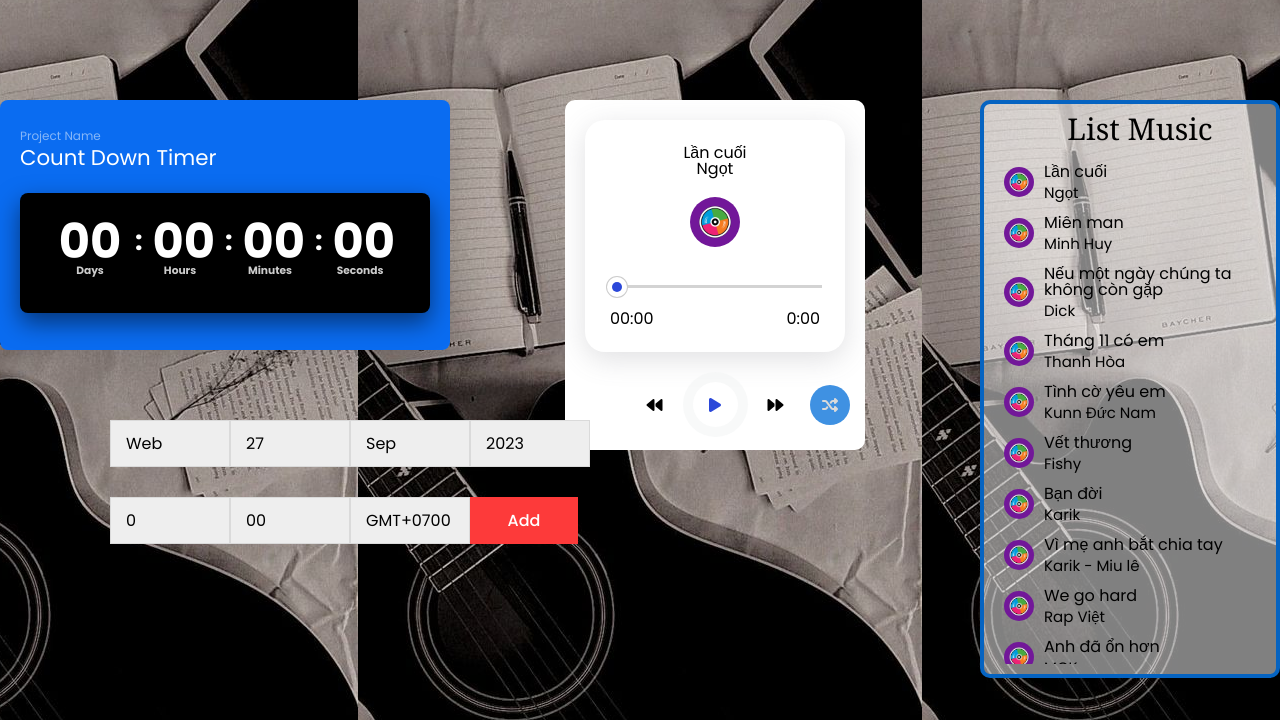
Repository: thuanpham00/CountDownTimer
Page: index.html
The author's editor kept a copy of each file at every save. The page is drawn from the files as they stood at one save, then again after the next save.
The browser window is 1280 px wide. The pictures show the whole page.
Some web libraries are served in a nearby version. The style sheet was rebuilt from its Sass, Less or Tailwind sources for each picture, by a compiler version that may differ from the author's.

Above is the page before, as saved 2023-10-12 22:38:39.

### index.html
<!DOCTYPE html>
<html lang="en">
    <head>
        <meta charset="UTF-8" />
        <meta name="viewport" content="width=device-width, initial-scale=1.0" />
        <title>Count Down</title>
        <link rel="preconnect" href="https://fonts.googleapis.com" />
        <link rel="preconnect" href="https://fonts.gstatic.com" crossorigin />
        <link
            href="https://fonts.googleapis.com/css2?family=Roboto:wght@300;400;500;700;900&display=swap"
            rel="stylesheet"
        />
        <link rel="preconnect" href="https://fonts.googleapis.com" />
        <link rel="preconnect" href="https://fonts.gstatic.com" crossorigin />
        <link
            href="https://fonts.googleapis.com/css2?family=Poppins:wght@300;400;500;600;700;800&display=swap"
            rel="stylesheet"
        />
        <script src="https://kit.fontawesome.com/3115b3f4f1.js"></script>
        <link rel="stylesheet" href="./assets/css/main.css" />
        <link
            rel="apple-touch-icon"
            sizes="57x57"
            href="./assets/favicon/apple-icon-57x57.png"
        />
        <link
            rel="apple-touch-icon"
            sizes="60x60"
            href="./assets/favicon/apple-icon-60x60.png"
        />
        <link
            rel="apple-touch-icon"
            sizes="72x72"
            href="./assets/favicon/apple-icon-72x72.png"
        />
        <link
            rel="apple-touch-icon"
            sizes="76x76"
            href="./assets/favicon/apple-icon-76x76.png"
        />
        <link
            rel="apple-touch-icon"
            sizes="114x114"
            href="./assets/favicon/apple-icon-114x114.png"
        />
        <link
            rel="apple-touch-icon"
            sizes="120x120"
            href="./assets/favicon/apple-icon-120x120.png"
        />
        <link
            rel="apple-touch-icon"
            sizes="144x144"
            href="./assets/favicon/apple-icon-144x144.png"
        />
        <link
            rel="apple-touch-icon"
            sizes="152x152"
            href="./assets/favicon/apple-icon-152x152.png"
        />
        <link
            rel="apple-touch-icon"
            sizes="180x180"
            href="./assets/favicon/apple-icon-180x180.png"
        />
        <link
            rel="icon"
            type="image/png"
            sizes="192x192"
            href="./assets/favicon/android-icon-192x192.png"
        />
        <link
            rel="icon"
            type="image/png"
            sizes="32x32"
            href="./assets/favicon/favicon-32x32.png"
        />
        <link
            rel="icon"
            type="image/png"
            sizes="96x96"
            href="./assets/favicon/favicon-96x96.png"
        />
        <link
            rel="icon"
            type="image/png"
            sizes="16x16"
            href="./assets/favicon/favicon-16x16.png"
        />
        <link rel="manifest" href="./assets/favicon/manifest.json" />
        <meta name="msapplication-TileColor" content="#ffffff" />
        <meta
            name="msapplication-TileImage"
            content="./assets/favicon/ms-icon-144x144.png"
        />
        <meta name="theme-color" content="#ffffff" />
    </head>
    <body>
        <div class="timer">
            <div class="timer-wrapper">
                <div>
                    <label class="timer-title">Project Name</label>
                    <label class="timer-name">Count Down Timer</label>
                </div>
                <div class="counter">
                    <div class="days">
                        <div class="value" id="days">00</div>
                        <span>Days</span>
                    </div>

                    <div class="hours">
                        <div class="value" id="hours">00</div>
                        <span>Hours</span>
                    </div>

                    <div class="minutes">
                        <div class="value" id="minutes">00</div>
                        <span>Minutes</span>
                    </div>

                    <div class="seconds">
                        <div class="value" id="seconds">00</div>
                        <span>Seconds</span>
                    </div>
                </div>
            </div>
            <div class="player">
                <div class="player-box">
                    <div class="songs-container">
                        <h2></h2>
                        <p></p>
                        <img src="" alt="" class="img" />
                        <audio src="" controls id="song"></audio>
                    </div>
                    <div class="progress">
                        <input
                            type="range"
                            id="progress-bar"
                            min="0"
                            max=""
                            value="0"
                            class="bar"
                        />
                    </div>
                    <div class="player-number">
                        <span class="player-remaining">0:00</span>
                        <span class="player-duration">0:00</span>
                    </div>
                </div>
                <div class="player-row">
                    <div class="player-tool">
                        <i class="fa fa-backward player-prev"></i>
                        <i class="fa fa-play player-play"></i>
                        <i class="fa fa-forward player-next"></i>
                    </div>
                    <i class="fa-solid fa-shuffle random"></i>
                </div>
            </div>
            <div class="player-list">
                <h2 class="player-list__title">List Music</h2>
                <div class="player-list__wrapper"></div>
            </div>
        </div>
        <form class="form-timer">
            <input
                value="Web"
                type="text"
                name="day"
                placeholder="Thứ"
                class="dayInput"
            />
            <input
                type="text"
                name="date"
                placeholder="Ngày"
                value="27"
                class="dateInput"
            />
            <input
                type="text"
                name="month"
                placeholder="Tháng"
                value="Sep"
                class="monthInput"
            />
            <input
                type="number"
                name="year"
                placeholder="Năm"
                value="2023"
                class="yearInput"
            />
            <input
                type="number"
                name="hour"
                placeholder="Giờ"
                class="hourInput"
                value="0"
            />
            <input
                type="number"
                name="minute"
                placeholder="Phút"
                class="minuteInput"
                value="00"
            />
            <input
                type="text"
                name="GMT"
                value="GMT+0700 (Indochina Time)"
                class="hourInput"
            />
            <button class="todo__submit" type="submit">Add</button>
        </form>
        <script src="./assets/js/main.js"></script>
    </body>
</html>

### scss/main.scss
html,
body,
div,
span,
applet,
object,
iframe,
h1,
h2,
h3,
h4,
h5,
h6,
p,
blockquote,
pre,
a,
abbr,
acronym,
address,
big,
cite,
code,
del,
dfn,
em,
img,
ins,
kbd,
q,
s,
samp,
small,
strike,
strong,
sub,
sup,
tt,
var,
b,
u,
i,
center,
dl,
dt,
dd,
ol,
ul,
li,
fieldset,
form,
label,
legend,
table,
caption,
tbody,
tfoot,
thead,
tr,
th,
td,
article,
aside,
canvas,
details,
embed,
figure,
figcaption,
footer,
header,
hgroup,
menu,
nav,
output,
ruby,
section,
summary,
time,
mark,
audio,
video {
    margin: 0;
    padding: 0;
    border: 0;
    font-size: 100%;
    font: inherit;
    vertical-align: baseline;
}
/* HTML5 display-role reset for older browsers */
article,
aside,
details,
figcaption,
figure,
footer,
header,
hgroup,
menu,
nav,
section {
    display: block;
}
body {
    line-height: 1;
}
ol,
ul {
    list-style: none;
}
blockquote,
q {
    quotes: none;
}
blockquote:before,
blockquote:after,
q:before,
q:after {
    content: "";
    content: none;
}
table {
    border-collapse: collapse;
    border-spacing: 0;
}

*,
::after,
::before {
    box-sizing: border-box;
}

html {
    font-size: 62.5%;
}

body {
    font-size: 1.6rem;
    font-family: "Poppins", sans-serif;
}

input,
select,
textarea,
button {
    font-size: inherit;
    font-family: inherit;
}

@mixin screen($dev) {
    @if $dev == lg {
        @media (max-width: 991.98px) {
            @content;
        }
    }
    @if $dev == md {
        @media (max-width: 767.98px) {
            @content;
        }
    }
    @if $dev == sm {
        @media (max-width: 575.98px) {
            @content;
        }
    }
}

$container-color: #0a6cf1;
$container-padding: 30px 20px 10px 20px;

body {
    background: url("../img/background-4.jpg") repeat fixed center;
    user-select: none;
}

.timer {
    margin: 100px auto 0;
    max-width: 1320px;
    display: flex;
    justify-content: space-between;
    min-height: 400px;

    @include screen(lg) {
        flex-direction: column-reverse;
        row-gap: 20px;
    }

    @include screen(sm) {
        min-height: 200px;
    }

    &-wrapper {
        max-height: 250px;
        background-color: $container-color;
        padding: $container-padding;
        border-radius: 8px;
        color: #fff;
        min-width: 450px;
        box-shadow: 0 5px 50px rgba(0, 0, 0, 0.2);

        @include screen(sm) {
            min-width: 300px;
        }
    }

    label {
        display: block;
    }

    &-title {
        font-size: 9pt;
        opacity: 0.5;
    }

    &-name {
        font-size: 16pt;
        margin: 5px 0;
    }

    .counter {
        padding: 25px;
        margin: 25px 0 15px 0;
        background-color: #000;
        font-weight: 700;
        border-radius: 8px;
        box-shadow: 0 10px 25px rgba(0, 0, 0, 0.5);
        min-height: 120px;

        div {
            display: inline-block;
        }
        .days,
        .hours,
        .minutes,
        .seconds {
            width: 25%;
            float: left;
            text-align: center;
            .value {
                display: block;
                font-size: 36pt;
                width: 100%;
                display: block;

                @include screen(sm) {
                    font-size: 3rem;
                }
            }
            span {
                font-size: 8pt;
                opacity: 0.8;
                width: 100%;
                display: block;

                @include screen(sm) {
                    font-size: 1.2rem;
                }
            }
        }
        .hours::before,
        .minutes::before,
        .seconds::before {
            content: ":";
            float: left;
            font-size: 20pt;
            position: relative;
            margin-top: 10px;
            opacity: 0.7;
            animation: pink 1s ease-in-out infinite;

            @include screen(sm) {
                font-size: 1.5rem;
            }
        }
    }

    .player {
        height: 350px;
        width: 300px;
        background-color: white;
        padding: 20px;
        border-radius: 10px;

        @include screen(sm) {
            width: 300px;
            height: 350px;
        }
    }

    .player-list {
        max-width: 300px;
        background: rgba(255, 255, 255, 0.5);
        border-radius: 10px;
        padding: 10px 0 10px 20px;
        border: 4px solid rgb(5, 99, 193);

        &__title {
            text-align: center;
            font-family: Cambria, Cochin, Georgia, Times, 'Times New Roman', serif;
            font-size: 3rem;
            margin-bottom: 20px;

        }

        &__wrapper {
            max-height: 500px;
            overflow-y: scroll;
        }

        .song-row {
            margin-bottom: 15px;
            display: flex;
            align-items: center;
            column-gap: 10px;

            > * {
                pointer-events: none;
            }
        }
    }

    .player-row {
        position: relative;
        display: flex;
        align-items: center;
        justify-content: center;

        > i {
            display: flex;
            align-items: center;
            justify-content: center;
            position: absolute;
            right: -5px;
            width: 40px;
            height: 40px;
            border-radius: 99px;
            background: rgb(63, 145, 226);
            color: #dadada;
            transition: all 0.25s ease;

            &:hover {
                background: rgba(63, 145, 226, 0.8);
            }
        }
    }

    .player-box {
        box-shadow: rgba(100, 100, 111, 0.2) 0px 7px 29px 0px;
        padding: 25px;
        display: flex;
        align-items: center;
        justify-content: center;
        flex-direction: column;
        text-align: center;
        border-radius: 20px;
        max-width: 400px;
        margin: 0 auto 30px;
    }

    .player-media {
        position: relative;
        width: 150px;
        height: 150px;
        border-radius: 100rem;
        margin-bottom: 25px;
    }

    .player-media:before {
        content: "";
        width: 50px;
        height: 50px;
        background-color: white;
        border-radius: 100px;
        position: absolute;
        top: 50%;
        left: 50%;
        transform: translate(-50%, -50%);
        z-index: 10;
    }

    .player-image {
        width: 100%;
        height: 100%;
        object-fit: cover;
        border-radius: inherit;
    }

    .player-image.is-playing {
        animation: rotate 10s forwards infinite linear;
    }

    @keyframes rotate {
        to {
            transform: rotate(360deg);
        }
    }

    .progress {
        margin-bottom: 20px;
        margin-top: 25px;
    }

    .player-number {
        display: flex;
        justify-content: space-between;
        align-items: center;
        width: 100%;
    }

    .player-tool {
        display: flex;
        justify-content: center;
        align-items: center;
    }

    .player-play {
        color: #2b48d9;
        width: 45px;
        height: 45px;
        border-radius: 100rem;
        display: flex;
        justify-content: center;
        align-items: center;
        cursor: pointer;
        background-color: white;
        box-shadow: 0 0 0 10px rgba(242, 243, 244, 0.5);
        font-size: 16px;
        margin: 0 30px;
    }

    .player-next,
    .player-prev {
        cursor: pointer;
        font-size: 16px;
    }

    .progress {
        width: 100%;
        position: relative;
    }

    .bar {
        -webkit-appearance: none;
        width: 100%;
        height: 3px;
        background: #d3d3d3;
        outline: none;
        -webkit-transition: 0.2s;
        transition: opacity 0.2s;
    }

    .bar::-webkit-slider-thumb {
        -webkit-appearance: none;
        appearance: none;
        width: 10px;
        height: 10px;
        border-radius: 100rem;
        background-color: #2b48d9;
        box-shadow: 0 0 0 5px white, 0 0 0 6px #ccc;
    }

    /* .bar::-webkit-slider-thumb chọn phần tử con của phần tử có lớp bar mà là "thumb" của thanh trượt (slider)
     dành cho trình duyệt WebKit (chẳng hạn như Safari hoặc Chrome).

    .bar::-moz-range-thumb chọn phần tử con của phần tử có lớp bar mà là "thumb" của
    thanh trượt (slider) dành cho trình duyệt Firefox (Mozilla).
    */

    .bar::-moz-range-thumb {
        cursor: pointer;
        width: 10px;
        height: 10px;
        border-radius: 100rem;
        background-color: #2b48d9;
        box-shadow: 0 0 0 5px white, 0 0 0 6px #ccc;
    }
}

@keyframes pink {
    0% {
        opacity: 1;
    }
    50% {
        opacity: 0.5;
    }
    100% {
        opacity: 1;
    }
}

.form-timer {
    position: absolute;
    left: 110px;
    top: 390px;
    max-width: 500px;
    display: flex;
    flex-wrap: wrap;

    @include screen(lg) {
        top: 700px;
        left: 160px;
    }

    @include screen(sm) {
        top: 700px;
        left: 40px;
    }

    input {
        margin-top: 30px;
        width: 120px;
        padding: 10px 15px;
        outline: none;
        background: #eee;
        border: 1px solid #dadada;
        @include screen(lg) {
            width: 108px;
        }

        @include screen(sm) {
            padding: 10px 10px;
            margin-top: 10px;
            width: 90px;
        }
    }

    button {
        margin-top: 30px;
        width: 108px;
        padding: 10px 15px;
        background: #fd3a3a;
        border: none;
        color: #fff;
        font-weight: 500;

        @include screen(sm) {
            padding: 10px 10px;
            margin-top: 10px;
            width: 90px;
        }
    }
}

.img {
    margin-top: 20px;
    width: 50px;
    height: 50px;
    border-radius: 99px;

    &-2 {
        margin-top: 0px;
        width: 30px;
        height: 30px;
    }
}

.nameSong {
    font-size: 1.6rem;
}

.nameSinger {
    margin-top: 5px;
    font-size: 1.5rem;
}

Loaded but not shown: assets/js/main.js (360 lines, source omitted)

After the next save:
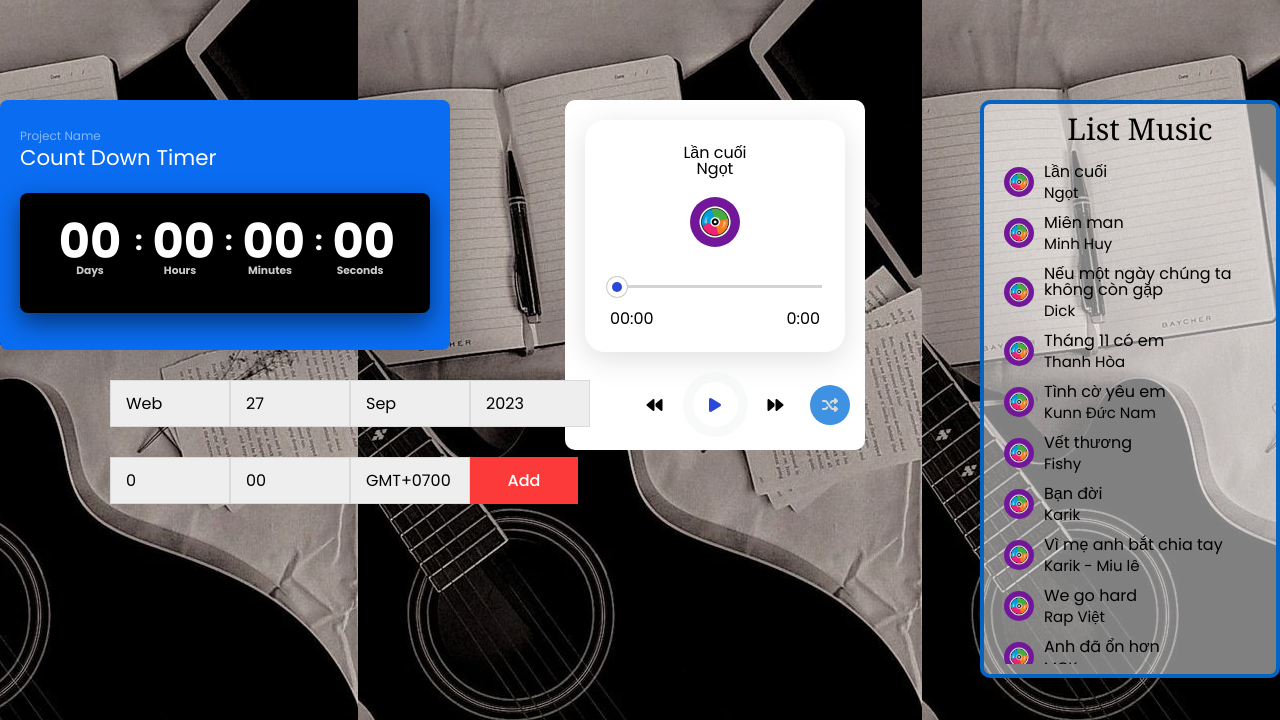
Saved 23 s later.
--- a/scss/main.scss
+++ b/scss/main.scss
@@ -490,7 +490,7 @@ body {
 .form-timer {
     position: absolute;
     left: 110px;
-    top: 390px;
+    top: 350px;
     max-width: 500px;
     display: flex;
     flex-wrap: wrap;
